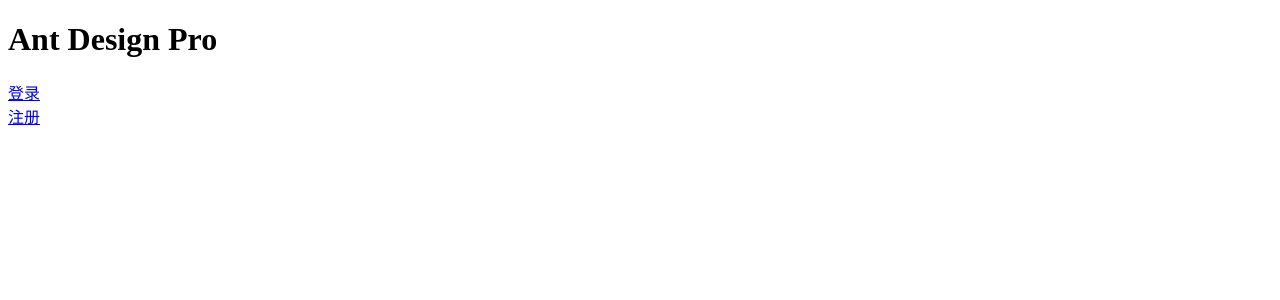
Repository: wangqt93/Ant-design-pro
Page: /user
The author's editor kept a copy of each file at every save. The page is drawn from the files as they stood at one save, then again after a run of saves.
The browser window is 1280 px wide. The pictures show the whole page.
The project was rebuilt for these pictures with package versions that can differ from the ones it lists, and the page was loaded fresh each time.

Above is the page before, as saved 2020-11-21 11:39:20.

After the next 2 saves:
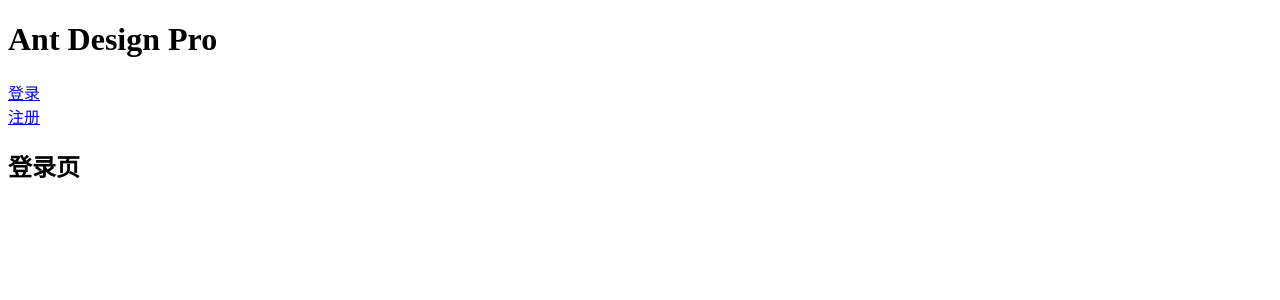
The 2 saves are shown as one change because 1 did not build or start.
The last was saved 42 s later.
--- a/src/router/index.js
+++ b/src/router/index.js
@@ -14,6 +14,7 @@
     path: '/user',
     component: () => import(/* webpackChunkName: "user" */ "@/views/User/User.vue"),
     name: 'User',
+    redirect: '/user/login',
     children: [
       {
         path: '/user/login',
